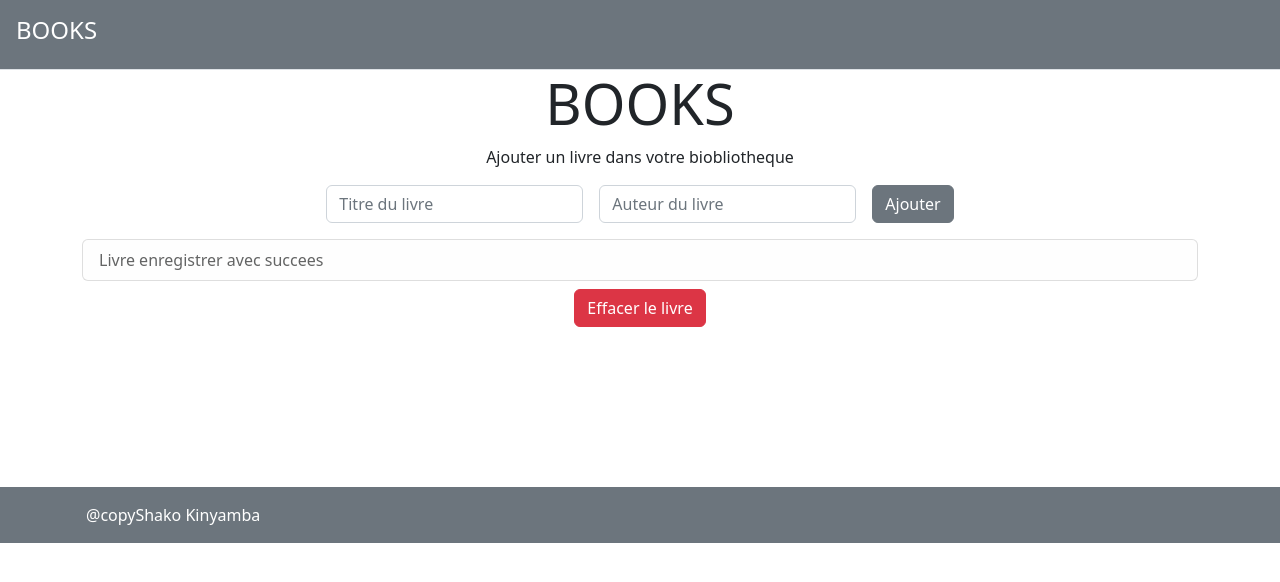
Repository: SKB-TECH/Books
Page: /
An editor plug-in stored every save of this project. The page is shown before and after the next save, followed by the edit.
The browser window is 1280 px wide. The pictures show the whole page.
The project was rebuilt for these pictures with package versions that can differ from the ones it lists, and the page was loaded fresh each time. Also part of the build but not shown: vite.config.js.

Above is the page before, as saved 2022-11-09 16:24:39.

After the next save:
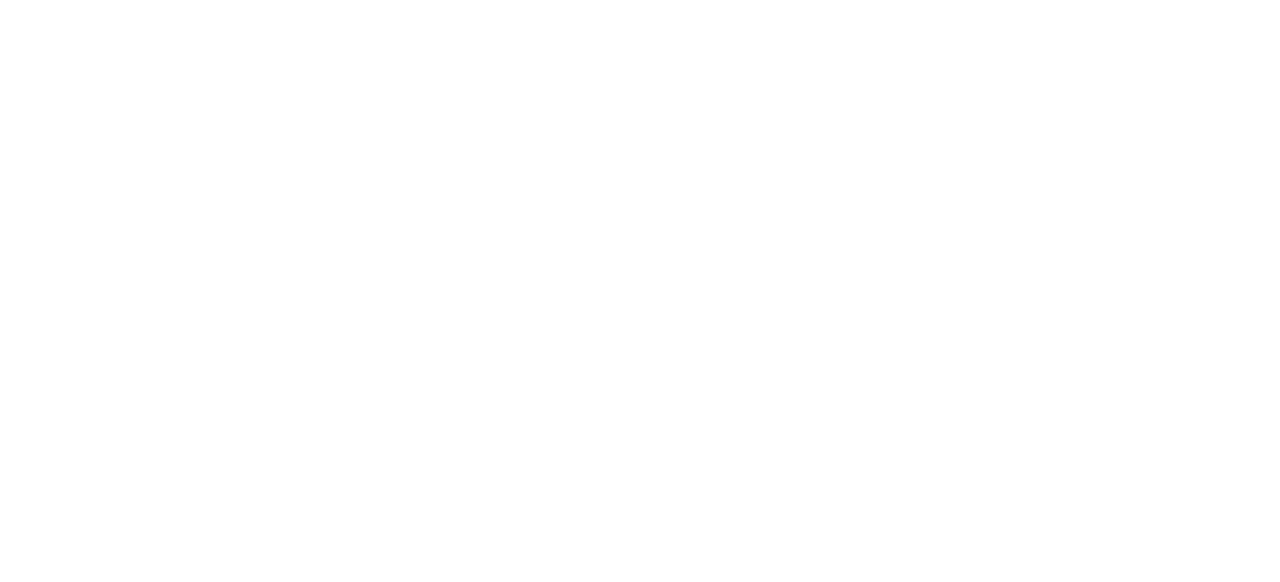
Console error: ReferenceError: use is not defined
Saved 5 s later.
--- a/src/Containers/AddBooks.jsx
+++ b/src/Containers/AddBooks.jsx
@@ -6,7 +6,7 @@
         titre:'',
         auteur:''
     }
-    useState
+    use
     return (
         <main role="main">
             <div className='jumbotron jumbotron-fluid'>

After the 2 saves that followed:
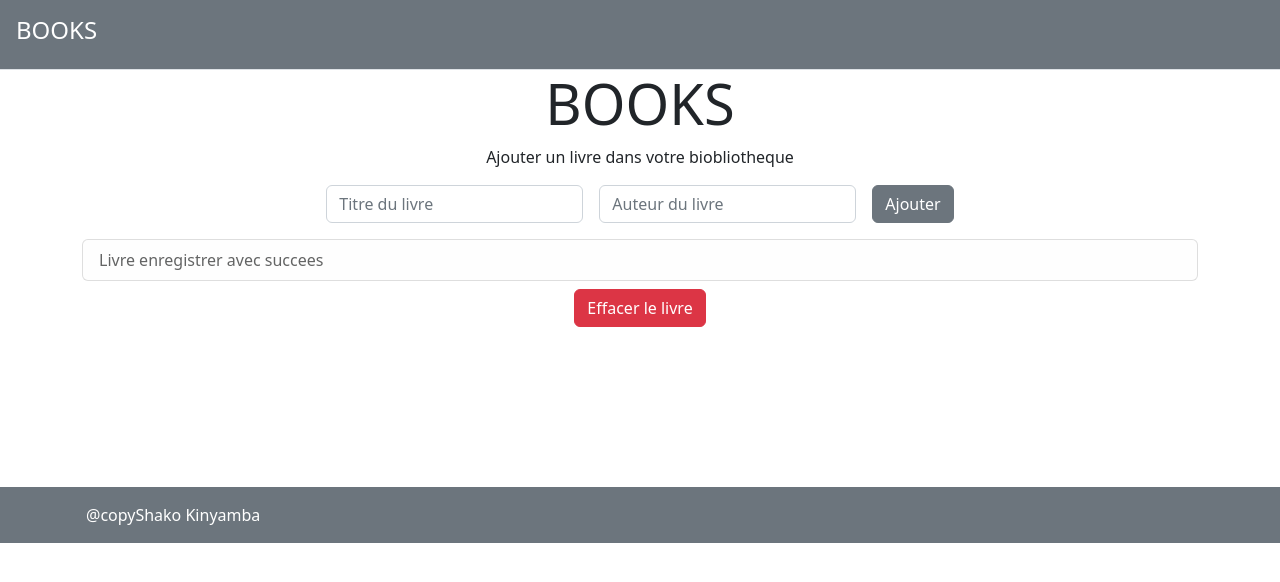
The error is gone.
The 2 saves are shown as one change because they came seconds apart.
The last was saved 16 s later.
--- a/src/Containers/AddBooks.jsx
+++ b/src/Containers/AddBooks.jsx
@@ -1,12 +1,12 @@
-import {React,useState} from 'react';
+import { React, useState } from 'react';
 
 const AddBooks = () => {
 
-    const initialState={
-        titre:'',
-        auteur:''
+    const initialState = {
+        titre: '',
+        auteur: ''
     }
-    use
+    const [state, setstate] = useState(initialState);
     return (
         <main role="main">
             <div className='jumbotron jumbotron-fluid'>
